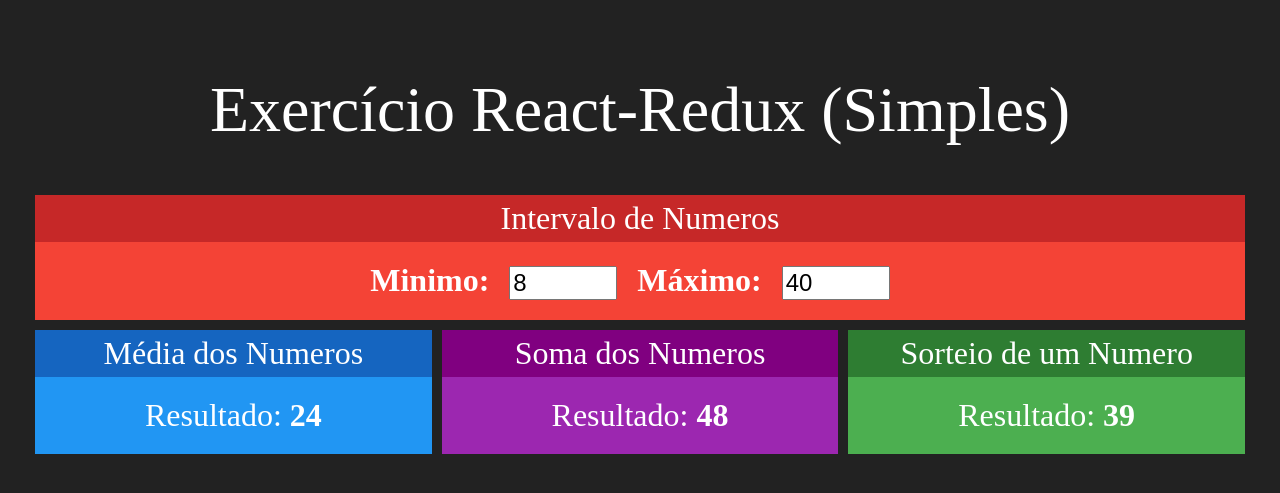
Repository: eversonps/redux-simples
Page: /
An editor plug-in stored every save of this project. The page is shown before and after the next save, followed by the edit.
The browser window is 1280 px wide. The pictures show the whole page.
The project was rebuilt for these pictures with package versions that can differ from the ones it lists, and the page was loaded fresh each time.

Above is the page before, as saved 2022-03-11 14:44:34.

### src/index.js
import React from 'react';
import ReactDOM from 'react-dom';
import './index.css';
import App from './App';
import reportWebVitals from './reportWebVitals';

import {Provider} from "react-redux"
import storeConfig from "./store/storeConfig"

const store = storeConfig()

ReactDOM.render(
  <Provider store={store}>
    <React.StrictMode>
      <App />
    </React.StrictMode>
  </Provider>,
  document.getElementById('root')
);

// If you want to start measuring performance in your app, pass a function
// to log results (for example: reportWebVitals(console.log))
// or send to an analytics endpoint. Learn more: https://bit.ly/CRA-vitals
reportWebVitals();

### src/index.css
body{
  background-color: #222;
  font-size: 2rem;
  color: #fff;
  margin: 30px;
}

### src/App.js
import './App.css';
import React from 'react';

import Intervalo from './components/Intervalo';
import Soma from './components/Soma';
import Sorteio from './components/Sorteio';
import Media from './components/Media';


function App() {
  return (
    <div className="App">
      <h1>Exercício React-Redux (Simples)</h1>
      <div className='linha'>
        <Intervalo>X</Intervalo>
      </div>
      <div className='linha'>
        <Media></Media>
        <Soma></Soma>
        <Sorteio></Sorteio>
      </div>
    </div>
  );
}

export default App;

### src/store/storeConfig.js
import {createStore, combineReducers} from "redux"

const reducers = combineReducers({
    numeros: function(state, action){
        console.log("Reducers numeros")
        return {
            min: 8,
            max: 40
        }
    },

    nomes: function(state, action){
        console.log("Reducers nome")
        return [
            "Ana",
            "Bia",
            "Carlos"
        ]
    }
})

function storeConfig(){
    return createStore(reducers)
}

export default storeConfig

### src/App.css
.App{
  display: flex;
  flex-direction: column;
  text-align: center;
}

h1{
  font-weight: 200;
}

.linha{
  display: flex;
}

### src/components/Intervalo.jsx
import "./Intervalo.css"
import React from "react"
import Card from "./Card"
import { connect } from "react-redux"
import { alterarNumeroMinimo } from "../store/actions/numeros"

const Intervalo = props => {
    const {min, max} = props
    props.alterarMinimo(100000)

    return (
        <Card title="Intervalo de Numeros" red>
            <div className="Intervalo">
                <span>
                    <strong>Minimo:</strong>
                    <input type="number" value={min} readOnly/>
                </span>

                <span>
                    <strong>Máximo:</strong>
                    <input type="number" value={max} readOnly/>
                </span>
            </div>
        </Card>
    )
}

function mapStateToProps(state){
    return {
        min: state.numeros.min,
        max: state.numeros.max
    }
}

function mapActionCreatorsToProps(dispatch){
    return {
       alterarMinimo(novoNumero){
           const action = alterarNumeroMinimo(novoNumero)
           dispatch(action)
       }
    }
}

export default connect(mapStateToProps, mapActionCreatorsToProps)(Intervalo)

### src/components/Soma.jsx
import React from "react"
import Card from "./Card"

import { connect } from "react-redux"

const Soma = props => {
    const {min, max} = props
    return (
        <Card title="Soma dos Numeros" purple>
            <div>
                <span>
                    <span>Resultado: </span>
                    <strong>{min + max}</strong>
                </span>
            </div>
        </Card>
    )
}

function mapStateToProps(state){
    return {
        min: state.numeros.min,
        max: state.numeros.max
    }
}

export default connect(mapStateToProps)(Soma)

### src/components/Sorteio.jsx
import React from "react"
import Card from "./Card"
import { connect } from "react-redux"

const Sorteio = props => {
    const {min, max} = props
    const aleatorio = parseInt(Math.random() * (max - min)) + min

    return (
        <Card title="Sorteio de um Numero" green>
            <div>
                <span>
                    <span>Resultado: </span>
                    <strong>{aleatorio}</strong>
                </span>
            </div>
        </Card>
    )
}

function mapStateToProps(state){
    return {
        min: state.numeros.min,
        max: state.numeros.max
    }
}

export default connect(mapStateToProps)(Sorteio)

### src/components/Media.jsx
import React from "react"
import Card from "./Card"
import {connect} from "react-redux"

const Media = props => {
    const {min, max} = props

    return (
        <Card title="Média dos Numeros" blue>
            <div>
                <span>
                    <span>Resultado: </span>
                    <strong>{(min + max) / 2}</strong>
                </span>
            </div>
        </Card>
    )
}

function mapStateToProps(state){
    return {
        min: state.numeros.min,
        max: state.numeros.max
    }
}

export default connect(mapStateToProps)(Media)

### src/components/Intervalo.css
.Intervalo input {
    font-size: 1.5rem;
    margin: 0 20px;
    width: 100px;
}

### src/components/Card.jsx
import "./Card.css"
import React from "react"

function getColor(props){
    if(props.red) return "Red"
    if(props.green) return "Green"
    if(props.blue) return "Blue"
    if(props.purple) return "Purple"
    return ""
}

export default props => (
    <div className={`Card ${getColor(props)}`}>
        <div className="Header">
            <span className="Title">{props.title}</span>
        </div>
        <div className="Content">
            {props.children}
        </div>
    </div>
)

### src/store/actions/numeros.js
export function alterarNumeroMinimo(novoNumero){
    return {
        type: "NUM_MIN_ALTERADO",
        payload: novoNumero
    }
}

### src/components/Card.css
.Card{
    flex: 1;
    display: flex;
    flex-direction: column;
    margin: 5px;
}

.Card .Header{
    display: flex;
    justify-content: center;
}

.Card .Header .Title{
    flex: 1;
    padding: 5px;
}

.Card .Content{
    padding: 20px;
}

.Card.Red .Header{ color: #FFF; background-color: #c62828;}
.Card.Red .Content{background-color: #f44336;}

.Card.Green .Header{ color: #FFF; background-color: #2e7d32;}
.Card.Green .Content{background-color: #4caf50;}

.Card.Blue .Header{ color: #FFF; background-color: #1565c0;}
.Card.Blue .Content{background-color: #2196f3;}

.Card.Purple .Header{ color: #FFF; background-color: purple;}
.Card.Purple .Content{background-color: #9c27b0;}

Loaded but not shown: public/index.html (common file); src/reportWebVitals.js (common file)

After the next save:
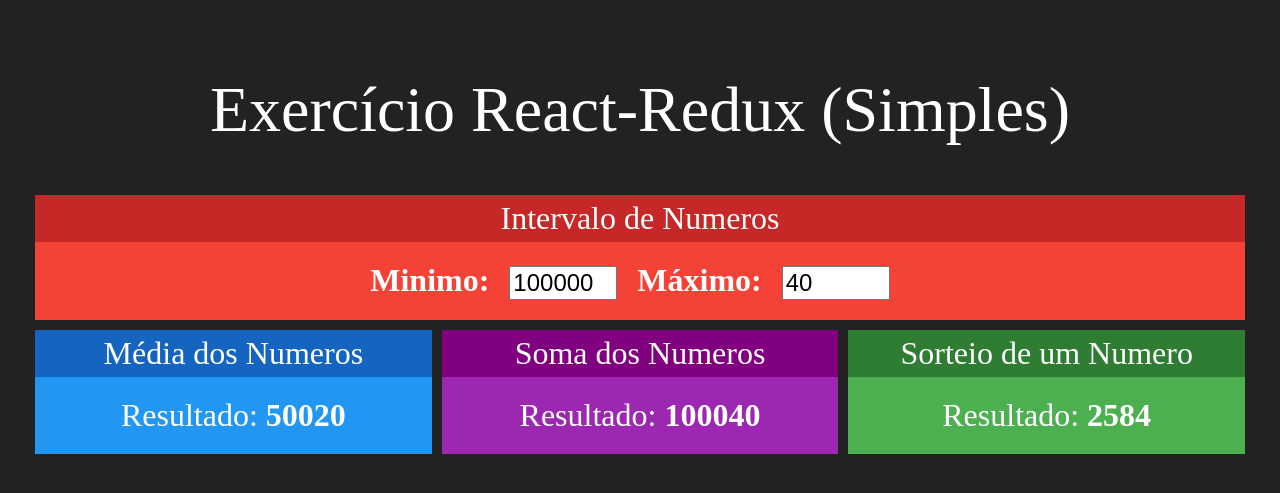
Saved 4 min 11 s later.
--- a/src/store/storeConfig.js
+++ b/src/store/storeConfig.js
@@ -3,6 +3,13 @@ import {createStore, combineReducers} from "redux"
 const reducers = combineReducers({
     numeros: function(state, action){
         console.log("Reducers numeros")
+        switch(action.type){
+            case "NUM_MIN_ALTERADO":
+                return{
+                    ...state,
+                    min: action.payload
+                }
+        }
         return {
             min: 8,
             max: 40
